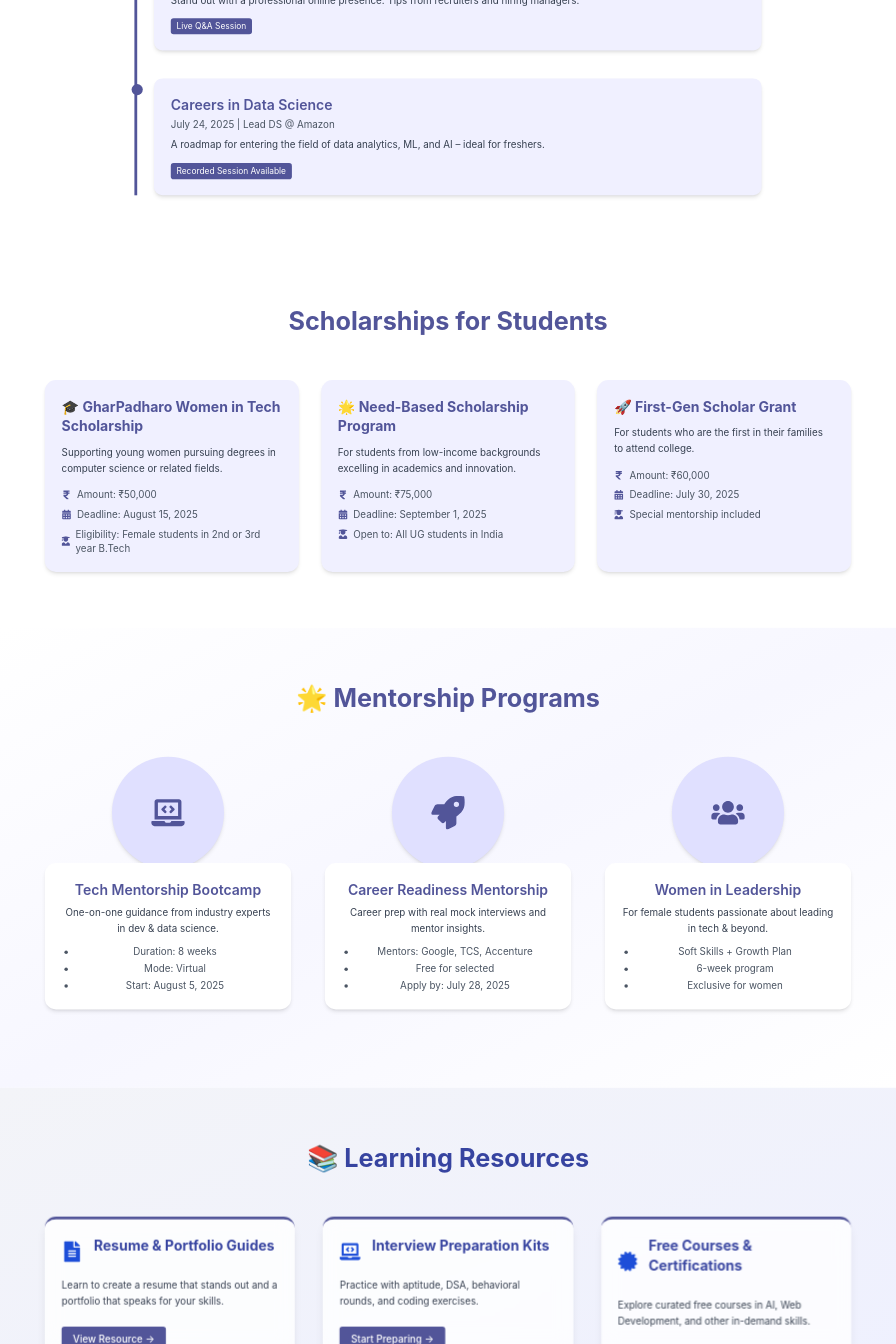
Repository: Siddharthkothiyal/GharPadhaaroCareerWebsite
Page: /#/students
These files come from the project's save history. The page is drawn as it stood at one moment and after the next save; the edit follows.
The browser window is 1280 px wide. The pictures show the part of the page from y = 4580 to 6500 px (the page is 7229 px tall), at 70% of full size.
The project was rebuilt for these pictures with package versions that can differ from the ones it lists, and the page was loaded fresh each time. Also part of the build but not shown: src/components/CareerPortal/JobListing/JobListings.css, src/components/CareerPortal/JobListing/JobListings.js, src/components/CareerPortal/Header.css, src/components/CareerPortal/ResumeUpload.css, src/components/CareerPortal/ResumeUpload.js, src/components/CareerPortal/Header.js, src/components/CareerPortal/JobListing/JobSearch.css, src/components/CareerPortal/JobListing/JobSearch.js and 10 more.

Above is the page before, as saved 2025-06-22 11:42:32.

### public/index.html
<!DOCTYPE html>
<html lang="en">

<head>
  <meta charset="utf-8" />
  <link rel="icon" href="%PUBLIC_URL%/favicon.ico" />
  <meta name="viewport" content="width=device-width, initial-scale=1" />
  <meta name="theme-color" content="#000000" />
  <meta name="description" content="GharPadharo - Find your perfect stay" />

  <!-- Font Awesome CDN (latest) -->
  <link rel="stylesheet" href="https://cdnjs.cloudflare.com/ajax/libs/font-awesome/6.5.2/css/all.min.css"
    integrity="sha512-SnH5WK+bZxgPHs44uWIX+LLJAJ9/2PkPKZ5QiAj6Ta86w+fsb2TkcmfRyVX3pBnMFcV7oQPJkl9QevSCWr3W6A=="
    crossorigin="anonymous" referrerpolicy="no-referrer" />

  <link rel="apple-touch-icon" href="%PUBLIC_URL%/logo192.png" />
  <title>GharPadharo</title>
</head>

<body>
  <noscript>You need to enable JavaScript to run this app.</noscript>
  <div id="root"></div>
  <!--
      This HTML file is a template.
      If you open it directly in the browser, you will see an empty page.

      You can add webfonts, meta tags, or analytics to this file.
      The build step will place the bundled scripts into the <body> tag.

      To begin the development, run `npm start` or `yarn start`.
      To create a production bundle, use `npm run build` or `yarn build`.
    -->
</body>

</html>

### src/index.css
@tailwind base;
@tailwind components;
@tailwind utilities;

/* You can keep your custom CSS below if needed */

body {
  margin: 0;
  font-family: -apple-system, BlinkMacSystemFont, 'Segoe UI', 'Roboto', 'Oxygen',
    'Ubuntu', 'Cantarell', 'Fira Sans', 'Droid Sans', 'Helvetica Neue',
    sans-serif;
  -webkit-font-smoothing: antialiased;
  -moz-osx-font-smoothing: grayscale;
}

code {
  font-family: source-code-pro, Menlo, Monaco, Consolas, 'Courier New',
    monospace;
}

### src/App.js
import React from 'react';
// import { HashRouter as Router } from 'react-router-dom';

// import { BrowserRouter as Router, Routes, Route } from 'react-router-dom';
import { HashRouter as Router, Routes, Route } from 'react-router-dom';
import JobListings from './components/CareerPortal/JobListing/JobListings';

import './App.css';
import CareerPortal from './components/CareerPortal';
import Login from './components/Auth/Login';
import Signup from './components/Auth/Signup';
import LandingPage from './components/LandingPage/LandingPage';



import StudentsPage from './components/CareerPortal/StudentsPage/StudentsPage';

// import JobCategory from './components/CareerPortal/JobListing/JobCategory';
// import JobLocation from './components/CareerPortal/JobListing/JobLocation';



function App() {
  return (
    <Router>
      <div className="App">


        <Routes>
          <Route path="/" element={<LandingPage />} />
          <Route path="/careers" element={<CareerPortal />} />
          <Route path="/login" element={<Login />} />
          <Route path="/signup" element={<Signup />} />

          {/* <Route path="/jobs/:category" element={<JobCategory />} />
          <Route path="/jobs/location/:location" element={<JobLocation />} /> */}
          <Route path="/students" element={<StudentsPage />} />
          <Route path="/job-listings" element={<JobListings />} />




        </Routes>
      </div>
    </Router>
  );
}

export default App;

### src/components/CareerPortal/StudentsPage/StudentsPage.js
import React from "react";

import Internships from "./sections/Internships";
import FreshersJob from "./sections/FreshersJob";
import EarlyCareers from "./sections/EarlyCareers";
import Hackathon from "./sections/Hackathons";
import Webinars from "./sections/Webinars";
import Scholarships from "./sections/Scholarships";
import Mentorship from "./sections/Mentorship";
import Resources from "./sections/Resources";
import FAQs from "./sections/FAQs";
import Footer from "../Footer";


const StudentsPage = () => {
  return (
  <div className="bg-white">
    {/* Page Header */}
    <section className="bg-[#525599] text-white py-10">
      <div className="max-w-6xl mx-auto text-center px-4">
        <h1 className="text-4xl font-bold">Opportunities for Students</h1>
        <p className="mt-2 text-lg">
          Discover internships, job roles, and resources tailored for students.
        </p>
      </div>
    </section>

    <div id="internships">
      <Internships />
    </div>

    <div id="FreshersJob">
      <FreshersJob />
    </div>

    <div id="EarlyCareers">
      <EarlyCareers />
    </div>

    <div id="Hackathons">
      <Hackathon />
    </div>

    <div id="Webinars">
      <Webinars />
    </div>

    <div id="Scholarships">
      <Scholarships />
    </div>

    <div id="Mentorship">
      <Mentorship />
    </div>

    <div id="Resources">
      <Resources />
    </div>

    <div id="faqs">
      <FAQs />
    </div>
    {/* <Footer /> */}
  </div>

);

};

export default StudentsPage;

### src/components/CareerPortal/CareerPortal.css
/* GharPadharo Career Portal Styles */
:root {
  --gharpadhaaro-blue: #0866ff;
  --gharpadhaaro-blue-dark: #0756d6;
  --gharpadhaaro-gray: #f0f2f5;
  --gharpadhaaro-text: #1c1e21;
  --gharpadhaaro-text-secondary: #65676b;
  --gharpadhaaro-white: #ffffff;
  --gharpadhaaro-border: #dadde1;
  --gharpadhaaro-success: #42b72a;
  --gharpadhaaro-error: #fa383e;
  --gharpadhaaro-shadow: rgba(0, 0, 0, 0.1);
  --gharpadhaaro-radius: 8px;
  --gharpadhaaro-transition: all 0.2s ease;
}

/* Global Styles */
.career-portal {
  font-family: 'Optimistic Display', -apple-system, BlinkMacSystemFont, 'Segoe UI', Roboto, Oxygen, Ubuntu, Cantarell, 'Open Sans', 'Helvetica Neue', sans-serif;
  color: var(--gharpadhaaro-text);
  line-height: 1.5;
  background-color: var(--gharpadhaaro-white);
}

.container {
  max-width: 1200px;
  margin: 0 auto;
  padding: 0 24px;
}

/* Hero Section */
.hero-section {
  background: linear-gradient(135deg, #0866ff 0%, #535699 100%);
  color: var(--meta-white);
  padding: 100px 0;
  text-align: center;
}

.hero-content {
  max-width: 800px;
  margin: 0 auto;
  padding: 0 24px;
}

.hero-content h1 {
  font-size: 48px;
  font-weight: 700;
  margin-bottom: 24px;
  line-height: 1.2;
}

.hero-content p {
  color: black;
  font-size: 20px;
  margin-bottom: 40px;
  margin-left: 70px;

}

/* Job Search Section */
.job-search-section {
  padding: 60px 0;
  background-color: var(--meta-white);
}

.filters-and-results {
  display: grid;
  grid-template-columns: 300px 1fr;
  gap: 30px;
}

/* Featured Teams Section */
.featured-teams-section {
  padding: 80px 0;
  background-color: var(--meta-gray);
}

.featured-teams-section h2 {
  font-size: 36px;
  font-weight: 700;
  margin-bottom: 16px;
  text-align: center;
}

.featured-teams-section p {
  font-size: 18px;
  color: var(--meta-text-secondary);
  max-width: 700px;
  margin: 0 auto 40px;
  text-align: center;
}

/* Buttons */
.btn {
  display: inline-flex;
  align-items: center;
  justify-content: center;
  padding: 12px 24px;
  border-radius: 0px;
  font-weight: 600;
  font-size: 16px;
  cursor: pointer;
  transition: var(--meta-transition);
  border: none;
}

.btn-primary {
  background-color: var(--meta-blue);
  color: var(--meta-white);
}

.btn-primary:hover {
  background-color: var(--meta-blue-dark);
}

.btn-secondary {
  background-color: var(--meta-gray);
  color: var(--meta-text);
  margin-left: 50px;
}

.btn-secondary:hover {
  background-color: #e4e6eb;
}

/* Form Elements */
.input-group {
  position: relative;
  margin-bottom: 16px;
}

.input-field {
  width: 100%;
  padding: 14px 16px;
  border-radius: var(--meta-radius);
  border: 1px solid var(--meta-border);
  font-size: 16px;
  transition: var(--meta-transition);
}

.input-field:focus {
  border-color: var(--meta-blue);
  outline: none;
  box-shadow: 0 0 0 2px rgba(8, 102, 255, 0.2);
}

/* Responsive */
@media (max-width: 992px) {
  .filters-and-results {
    grid-template-columns: 1fr;
  }

  .hero-content h1 {
    font-size: 36px;
  }

  .hero-content p {
    font-size: 18px;
  }
}

@media (max-width: 576px) {
  .hero-content h1 {
    font-size: 28px;
  }

  .hero-content p {
    font-size: 16px;
  }

  .featured-teams-section h2 {
    font-size: 28px;
  }
}

/* Add these styles to your existing CareerPortal.css file */

.application-form-section {
  padding: 40px 0;
  background-color: #f5f5f5;
}

.close-form-btn {
  background: none;
  border: none;
  font-size: 24px;
  cursor: pointer;
  margin-bottom: 20px;
  display: flex;
  align-items: center;
  color: #333;
}

.close-form-btn:hover {
  color: #535699;
}

### src/components/Auth/Auth.css
/* Auth.css - Styles for Login and Signup components */

:root {
  --primary-color: #535699; /* GharPadharo blue */
  --secondary-color: #42B72A; /* GharPadharo green */
  --text-color: #1C1E21;
  --light-text: #606770;
  --error-color: #FA383E;
  --border-color: #DADDE1;
  --background-color: #F0F2F5;
  --card-background: #FFFFFF;
  --hover-color: #E7F3FF;
  --focus-shadow: 0 0 0 2px rgba(83, 86, 153, 0.2);
}

/* Auth Container */
.auth-container {
  display: flex;
  justify-content: center;
  align-items: center;
  min-height: 100vh;
  background-color: var(--background-color);
  padding: 20px;
}

/* Auth Card */
.auth-card {
  background-color: var(--card-background);
  border-radius: 8px;
  box-shadow: 0 2px 4px rgba(0, 0, 0, 0.1), 0 8px 16px rgba(0, 0, 0, 0.1);
  width: 100%;
  max-width: 400px;
  padding: 20px;
}

/* Auth Header */
.auth-header {
  text-align: center;
  margin-bottom: 20px;
}

.auth-logo {
  width: 40px;
  height: 40px;
  margin-bottom: 10px;
}

.auth-header h2 {
  font-size: 24px;
  font-weight: 600;
  color: var(--text-color);
  margin: 0;
}

.gharpadharo-logo{
  width: 60px;
  height: 60px;
}

/* Auth Form */
.auth-form {
  display: flex;
  flex-direction: column;
  gap: 16px;
}

.form-group {
  display: flex;
  flex-direction: column;
}

.form-group label {
  font-size: 14px;
  font-weight: 500;
  margin-bottom: 6px;
  color: var(--text-color);
}

.form-group input {
  padding: 12px 14px;
  border: 1px solid var(--border-color);
  border-radius: 6px;
  font-size: 16px;
  transition: border-color 0.2s, box-shadow 0.2s;
}

.form-group input:focus {
  outline: none;
  border-color: #535699;
  box-shadow: var(--focus-shadow);
}

.form-group input.error {
  border-color: var(--error-color);
}

.error-message {
  color: var(--error-color);
  font-size: 12px;
  margin-top: 4px;
}

/* Terms and Privacy */
.terms-privacy {
  font-size: 12px;
  color: 535699;
  margin-bottom: 10px;
  text-align: center;
}

.terms-privacy a {
  color: 535699;
  text-decoration: none;
}

.terms-privacy a:hover {
  text-decoration: underline;
}

/* Auth Button */
.auth-button {
  background-color: #535699;
  color: white;
  border: none;
  border-radius: 6px;
  padding: 12px;
  font-size: 16px;
  font-weight: 600;
  cursor: pointer;
  transition: background-color 0.2s;
  margin-top: 10px;
}

.auth-button:hover {
  background-color: #535699;
}

/* Auth Footer */
.auth-footer {
  margin-top: 20px;
  text-align: center;
}

.forgot-password {
  color: #535699;
  text-decoration: none;
  font-size: 14px;
  display: block;
  margin-bottom: 16px;
}

.forgot-password:hover {
  text-decoration: underline;
}

.auth-redirect {
  font-size: 14px;
  color: var(--light-text);
  margin: 0;
}

.auth-redirect a {
  color: #535699;
  text-decoration: none;
  font-weight: 500;
}

.auth-redirect a:hover {
  text-decoration: underline;
}

/* Responsive adjustments */
@media (max-width: 480px) {
  .auth-card {
    padding: 16px;
  }

  .auth-header h2 {
    font-size: 20px;
  }

  .form-group input {
    padding: 10px 12px;
    font-size: 14px;
  }

  .auth-button {
    padding: 10px;
    font-size: 14px;
  }
}

### src/components/LandingPage/LandingPage.css
/* LandingPage.css - Styles for the landing page */

:root {
  --primary-color: #535699; /* GharPadharo blue */
  --secondary-color: #42B72A; /* GharPadharo green */
  --text-color: #1C1E21;
  --light-text: #606770;
  --border-color: #DADDE1;
  --background-color: #F0F2F5;
  --card-background: #FFFFFF;
  --hover-color: #c8e4ff;
  --focus-shadow: 0 0 0 2px rgba(24, 119, 242, 0.2);
  --border-color: #blue;
  --background-color: #535699;
  --card-background: white;
  --hover-color: #E7F3FF;
  --focus-shadow: 0 0 0 2px rgba(83, 86, 153, 0.2);
}
/* General Styles */
.landing-page {
  font-family: 'Segoe UI', 'Helvetica Neue', sans-serif;
  color: var(--text-color);
  line-height: 1.5;
}

.container {
  max-width: 1200px;
  margin: 0 auto;
  padding: 0 20px;
}

section {
  padding: 60px 0;
}

h1, h2, h3, h4 {
  margin-top: 0;
  font-weight: 600;
}

h1 {
  font-size: 3rem;
  line-height: 1.2;
  margin-bottom: 20px;
}

h2 {
  font-size: 2.25rem;
  margin-bottom: 30px;
  text-align: center;
}

h3 {
  font-size: 1.5rem;
  margin-bottom: 15px;
}

p {
  margin-bottom: 20px;
}

.btn {
  display: inline-block;
  padding: 12px 24px;
  border-radius: 6px;
  font-weight: 600;
  text-decoration: none;
  text-align: center;
  cursor: pointer;
  transition: all 0.2s ease;
  margin-right: 12px;
  margin-bottom: 12px;
}

.btn-primary {
  background-color:  #0CAFFF;
  color: white;
  border: none;
}

.btn-primary:hover {
  background-color: whitesmoke;
  color: black;
}

.btn-secondary {
  background-color: var(--secondary-color);
  color: white;
  border: none;
}

.btn-secondary:hover {
  background-color: whitesmoke;
  color: black;
}

.btn-outline {
  background-color: white;
  color: black;
  border: white;
}

.btn-outline:hover {
  background-color: #0CAFFF;
  color: black;
}

/* Hero Section */
.hero {
  background-color: var(--background-color);
  padding: 80px 0;
}

.hero .container {
  display: flex;
  align-items: center;
  justify-content: space-between;
  gap: 40px;
}

.hero-content {
  flex: 1;
}

.hero-content p {
  font-size: 1.25rem;
  color: 535699;
  margin-bottom: 30px;
  max-width: 900px;
  margin-left: 8.5px;
}

.hero-buttons {
  display: flex;
  flex-wrap: wrap;
}

.hero-image {
  flex: 1;
  display: flex;
  justify-content: center;
  align-items: center;
}

.image-placeholder {
  background-color: 535699;
  border-radius: 12px;
  padding: 20px;
  display: flex;
  justify-content: center;
  align-items: center;
}


/* Features Section */
.features {
  background-color: white;
}

.features-grid {
  display: grid;
  grid-template-columns: repeat(auto-fit, minmax(250px, 1fr));
  gap: 30px;
  margin-top: 40px;
}

.feature-card {
  background-color: var(--card-background);
  border-radius: 12px;
  padding: 30px;
  box-shadow: 0 2px 4px rgba(0, 0, 0, 0.05);
  transition: transform 0.3s ease, box-shadow 0.3s ease;
}

.feature-card:hover {
  transform: scale(1.05);
  box-shadow: 0 10px 20px rgba(0, 0, 0, 0.1);
}

.feature-icon {
  margin-bottom: 20px;
}

.feature-card h3 {
  color: var(--text-color);
}

.feature-card p {
  color: var(--light-text);
  margin-bottom: 0;
}

/* Teams Section */
.teams-section {
  background-color: var(--background-color);
}

.section-description {
  text-align: center;
  max-width: 700px;
  margin: 0 auto 40px;
  color:white;
  font-size: 1.1rem;
}

.teams-carousel {
  display: grid;
  grid-template-columns: repeat(auto-fit, minmax(250px, 1fr));
  gap: 20px;
  margin-top: 30px;
}

.team-item {
  background-color: white;
  border-radius: 8px;
  padding: 25px;
  box-shadow: 0 2px 4px rgba(0, 0, 0, 0.05);
  transition: transform 0.3s ease;
}

.team-item:hover {
  transform: translateY(-5px);
}

.team-item h3 {
  color: var(--primary-color);
  margin-bottom: 10px;
}

.team-item p {
  color: var(--light-text);
  margin-bottom: 15px;
}

.team-link {
  color: var(--primary-color);
  text-decoration: none;
  font-weight: 600;
  display: inline-flex;
  align-items: center;
}

.team-link span {
  margin-left: 5px;
  transition: transform 0.2s ease;
}

.team-link:hover span {
  transform: translateX(3px);
}

/* Testimonials Section */
.testimonials {
  background-color: white;
}

.testimonial-card {
  max-width: 800px;
  margin: 0 auto;
  background-color: var(--card-background);
  border-radius: 12px;
  padding: 40px;
  box-shadow: 0 4px 12px rgba(0, 0, 0, 0.08);
  position: relative;
}

.quote-mark {
  font-size: 60px;
  color: var(--primary-color);
  opacity: 0.2;
  position: absolute;
  top: 20px;
  left: 20px;
  line-height: 1;
}

.testimonial-text {
  font-size: 1.25rem;
  line-height: 1.6;
  margin-bottom: 30px;
  position: relative;
  z-index: 1;
}

.testimonial-author {
  display: flex;
  align-items: center;
}

.author-avatar {
  width: 50px;
  height: 50px;
  border-radius: 50%;
  background-color: var(--primary-color);
  margin-right: 15px;
}

.author-info h4 {
  margin: 0;
  font-size: 1.1rem;
}

.author-info p {
  margin: 5px 0 0;
  color: var(--light-text);
  font-size: 0.9rem;
}

/* CTA Section */
.cta-section {
  background-color: var(--primary-color);
  color: white;
  text-align: center;
  padding: 80px 0;
}

.cta-section h2 {
  color: white;
  margin-bottom: 15px;
}

.cta-section p {
  color: rgba(255, 255, 255, 0.9);
  font-size: 1.2rem;
  margin-bottom: 30px;
  max-width: 700px;
  margin-left: auto;
  margin-right: auto;
}

.cta-buttons {
  display: flex;
  justify-content: center;
  flex-wrap: wrap;
  gap: 15px;
}

.cta-section .btn-primary {
  background-color: #42B72A;
  color:black;
}

.cta-section .btn-primary:hover {
  background-color: #f5f5f5;
}

.cta-section .btn-secondary {
  background-color: transparent;
  color: white;
  border: 1px solid white;
}

.cta-section .btn-secondary:hover {
  background-color: rgba(255, 255, 255, 0.1);
}

/* Responsive Styles */
@media (max-width: 992px) {
  h1 {
    font-size: 2.5rem;
  }

  h2 {
    font-size: 2rem;
  }

  .hero .container {
    flex-direction: column;
  }

  .hero-content, .hero-image {
    flex: none;
    width: 100%;
    text-align: center;
  }

  .hero-content p {
    margin-left: auto;
    margin-right: auto;
  }

  .hero-buttons {
    justify-content: center;
  }
}

@media (max-width: 768px) {
  section {
    padding: 40px 0;
  }

  h1 {
    font-size: 2rem;
  }

  h2 {
    font-size: 1.75rem;
  }

  .features-grid, .teams-carousel {
    grid-template-columns: 1fr;
  }

  .testimonial-card {
    padding: 30px 20px;
  }

  .testimonial-text {
    font-size: 1.1rem;
  }
}

### src/components/CareerPortal/StudentsPage/sections/Resources.js
import React from "react";
import { FaFileAlt, FaLaptopCode, FaCertificate } from "react-icons/fa";

const Resources = () => {
  return (
    <section className="py-20 px-4 bg-gradient-to-br from-[#f3f4f8] to-[#eef0ff]">
      <div className="max-w-6xl mx-auto">
        <h2 className="text-4xl font-bold text-center text-[#3744a0] mb-16">
          📚 Learning Resources
        </h2>

        <div className="grid md:grid-cols-3 gap-10">
          {/* Resource 1 */}
          <div className="bg-white/80 backdrop-blur-md rounded-2xl shadow-lg hover:shadow-2xl transition-all duration-300 border-t-4 border-[#525599] p-6">
            <div className="flex items-center gap-4 mb-4">
              <FaFileAlt className="text-3xl text-blue-700" />
              <h3 className="text-xl font-bold text-[#3744a0]">
                Resume & Portfolio Guides
              </h3>
            </div>
            <p className="text-gray-700 text-sm leading-relaxed mb-6">
              Learn to create a resume that stands out and a portfolio that speaks for your skills.
            </p>
            <a
              href="https://example.com/resume-guide"
              target="_blank"
              rel="noreferrer"
              className="inline-block text-sm font-medium bg-[#525599] text-white py-2 px-4 rounded hover:bg-blue-700 transition"
            >
              View Resource →
            </a>
          </div>

          {/* Resource 2 */}
          <div className="bg-white/80 backdrop-blur-md rounded-2xl shadow-lg hover:shadow-2xl transition-all duration-300 border-t-4 border-[#525599] p-6">
            <div className="flex items-center gap-4 mb-4">
              <FaLaptopCode className="text-3xl text-blue-700" />
              <h3 className="text-xl font-bold text-[#3744a0]">
                Interview Preparation Kits
              </h3>
            </div>
            <p className="text-gray-700 text-sm leading-relaxed mb-6">
              Practice with aptitude, DSA, behavioral rounds, and coding exercises.
            </p>
            <a
              href="https://example.com/interview-prep"
              target="_blank"
              rel="noreferrer"
              className="inline-block text-sm font-medium bg-[#525599] text-white py-2 px-4 rounded hover:bg-blue-700 transition"
            >
              Start Preparing →
            </a>
          </div>

          {/* Resource 3 */}
          <div className="bg-white/80 backdrop-blur-md rounded-2xl shadow-lg hover:shadow-2xl transition-all duration-300 border-t-4 border-[#525599] p-6">
            <div className="flex items-center gap-4 mb-4">
              <FaCertificate className="text-3xl text-blue-700" />
              <h3 className="text-xl font-bold text-[#3744a0]">
                Free Courses & Certifications
              </h3>
            </div>
            <p className="text-gray-700 text-sm leading-relaxed mb-6">
              Explore curated free courses in AI, Web Development, and other in-demand skills.
            </p>
            <a
              href="https://example.com/free-courses"
              target="_blank"
              rel="noreferrer"
              className="inline-block text-sm font-medium bg-[#525599] text-white py-2 px-4 rounded hover:bg-blue-700 transition"
            >
              Explore Courses →
            </a>
          </div>
        </div>
      </div>
    </section>
  );
};

export default Resources;

Loaded but not shown: src/index.js (common file); src/reportWebVitals.js (common file); src/App.css (common file); tailwind.config.js (common file); src/components/CareerPortal/StudentsPage/sections/Internships.js (120 lines, source omitted); src/components/CareerPortal/StudentsPage/sections/FreshersJob.js (151 lines, source omitted); src/components/CareerPortal/StudentsPage/sections/Scholarships.js (91 lines, source omitted); src/components/CareerPortal/StudentsPage/sections/FAQs.js (89 lines, source omitted); src/components/CareerPortal/StudentsPage/sections/Mentorship.js (79 lines, source omitted); src/components/CareerPortal/StudentsPage/sections/Webinars.js (69 lines, source omitted); src/components/CareerPortal/StudentsPage/sections/Hackathons.js (63 lines, source omitted); src/components/CareerPortal/StudentsPage/sections/EarlyCareers.js (77 lines, source omitted)

After the next save:
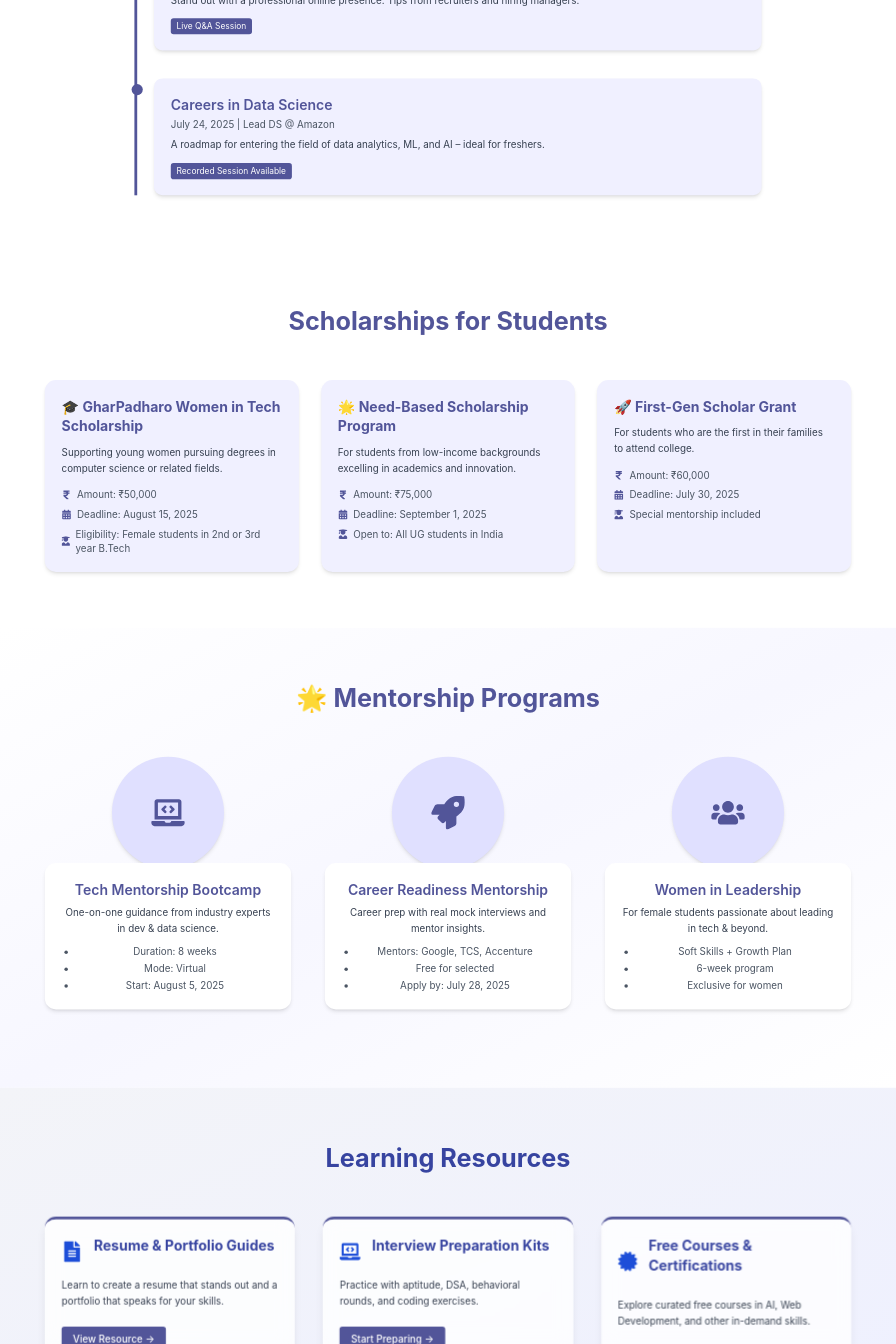
Saved 61 s later.
--- a/src/components/CareerPortal/StudentsPage/sections/Resources.js
+++ b/src/components/CareerPortal/StudentsPage/sections/Resources.js
@@ -6,7 +6,7 @@ const Resources = () => {
     <section className="py-20 px-4 bg-gradient-to-br from-[#f3f4f8] to-[#eef0ff]">
       <div className="max-w-6xl mx-auto">
         <h2 className="text-4xl font-bold text-center text-[#3744a0] mb-16">
-          📚 Learning Resources
+           Learning Resources
         </h2>
 
         <div className="grid md:grid-cols-3 gap-10">
